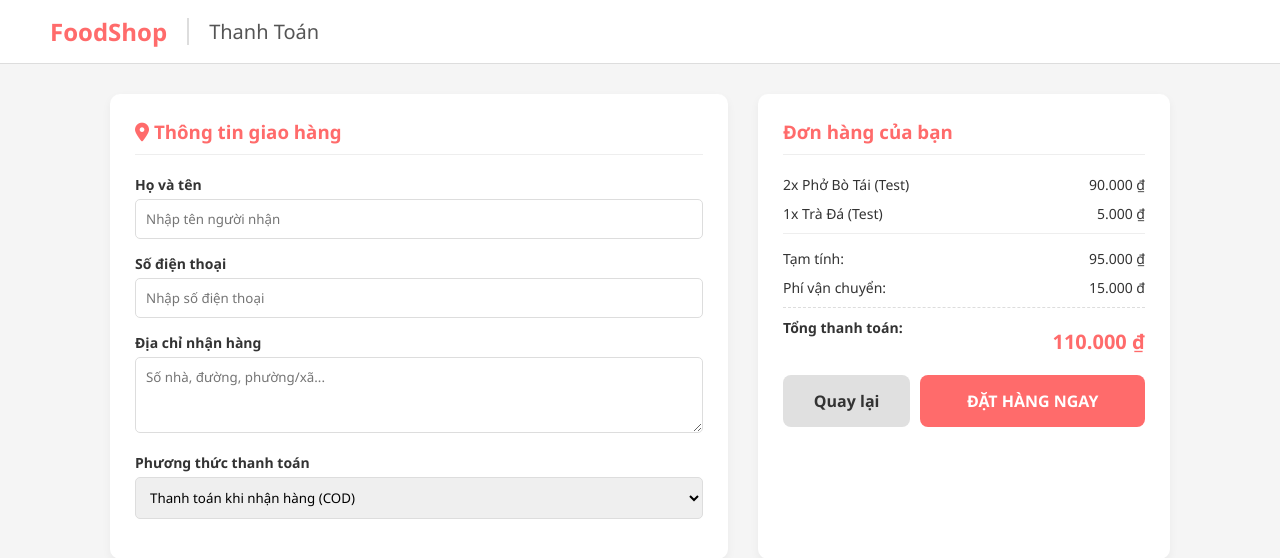
Repository: daichim2415-debug/quan_an
Page: public/checkout.html
These files come from the project's save history. The page is drawn as it stood at one moment and after the next save; the edit follows.
The browser window is 1280 px wide. The pictures show the whole page.

Above is the page before, as saved 2025-12-05 01:18:28.

### public/checkout.html
<!DOCTYPE html>
<html lang="vi">
<head>
    <meta charset="UTF-8">
    <meta name="viewport" content="width=device-width, initial-scale=1.0">
    <title>Thanh toán - FoodShop</title>
    <link rel="stylesheet" href="https://cdnjs.cloudflare.com/ajax/libs/font-awesome/6.4.0/css/all.min.css">

    <style>
        /* === CSS GIAO DIỆN === */
        * { margin: 0; padding: 0; box-sizing: border-box; font-family: 'Segoe UI', sans-serif; }
        body { background-color: #f5f5f5; color: #333; }

        /* HEADER ĐƠN GIẢN */
        header {
            background: white; padding: 15px 50px; border-bottom: 1px solid #ddd;
            display: flex; align-items: center; gap: 20px;
        }
        .logo { font-size: 24px; font-weight: 800; color: #ff6b6b; text-decoration: none; }
        .page-title { font-size: 20px; padding-left: 20px; border-left: 2px solid #ddd; color: #555; }

        /* LAYOUT 2 CỘT */
        .checkout-container {
            max-width: 1100px; margin: 30px auto; padding: 0 20px;
            display: grid; grid-template-columns: 1.5fr 1fr; gap: 30px;
        }

        /* KHỐI TRÁI: THÔNG TIN */
        .section-box { background: white; padding: 25px; border-radius: 10px; box-shadow: 0 4px 10px rgba(0,0,0,0.05); }
        h3 { margin-bottom: 20px; color: #ff6b6b; border-bottom: 1px solid #eee; padding-bottom: 10px; }

        .form-group { margin-bottom: 15px; }
        .form-group label { display: block; margin-bottom: 5px; font-weight: 600; font-size: 14px; }
        .form-group input, .form-group textarea, .form-group select {
            width: 100%; padding: 10px; border: 1px solid #ddd; border-radius: 5px; outline: none;
        }
        .form-group input:focus { border-color: #ff6b6b; }

        /* KHỐI PHẢI: ĐƠN HÀNG */
        .order-summary { position: sticky; top: 20px; }

        .order-row { display: flex; justify-content: space-between; margin-bottom: 10px; font-size: 14px; }
        .item-list { max-height: 200px; overflow-y: auto; margin-bottom: 15px; border-bottom: 1px solid #eee; }

        .total-pay { font-size: 20px; color: #ff6b6b; font-weight: bold; text-align: right; margin-top: 10px; }

        /* NÚT ĐẶT HÀNG */
        .btn-confirm {
            width: 100%; background: #ff6b6b; color: white; border: none; padding: 15px;
            font-size: 16px; font-weight: bold; border-radius: 8px; cursor: pointer; margin-top: 20px;
            transition: 0.3s;
        }
        .btn-confirm:hover { background: #ff4757; }

    </style>
</head>
<body>

    <header>
        <a href="trang_chu.html" class="logo">FoodShop</a>
        <span class="page-title">Thanh Toán</span>
    </header>

    <div class="checkout-container">

        <div class="section-box">
            <h3><i class="fas fa-map-marker-alt"></i> Thông tin giao hàng</h3>
            <form id="checkoutForm">
                <div class="form-group">
                    <label>Họ và tên</label>
                    <input type="text" id="fullname" placeholder="Nhập tên người nhận" required>
                </div>
                <div class="form-group">
                    <label>Số điện thoại</label>
                    <input type="text" id="phone" placeholder="Nhập số điện thoại" required>
                </div>
                <div class="form-group">
                    <label>Địa chỉ nhận hàng</label>
                    <textarea id="address" rows="3" placeholder="Số nhà, đường, phường/xã..." required></textarea>
                </div>
                <div class="form-group">
                    <label>Phương thức thanh toán</label>
                    <select id="payment-method">
                        <option value="cod">Thanh toán khi nhận hàng (COD)</option>
                        <option value="banking">Chuyển khoản ngân hàng</option>
                    </select>
                </div>
            </form>
        </div>

        <div class="section-box order-summary">
            <h3>Đơn hàng của bạn</h3>
            <div class="item-list" id="mini-cart-list">
                </div>

            <div class="order-row">
                <span>Tạm tính:</span>
                <span id="sub-total">0 đ</span>
            </div>
            <div class="order-row">
                <span>Phí vận chuyển:</span>
                <span>15.000 đ</span>
            </div>
            <hr style="border: 0; border-top: 1px dashed #ddd; margin: 10px 0;">
            <div class="order-row">
                <strong>Tổng thanh toán:</strong>
                <span class="total-pay" id="final-total">0 đ</span>
            </div>

            <div class="action-buttons" style="display: flex; gap: 10px; margin-top: 20px;">

    <a href="cart.html" style="
        flex: 1;
        padding: 15px;
        text-align: center;
        background: #e0e0e0;
        color: #333;
        text-decoration: none;
        border-radius: 8px;
        font-weight: bold;
    ">
        Quay lại
    </a>

    <button class="btn-confirm" onclick="submitOrder()" style="
        flex: 2;
        margin-top: 0; /* Bỏ margin cũ đi cho đều */
    ">
        ĐẶT HÀNG NGAY
    </button>
</div>
        </div>

    </div>

    <script>
        function formatMoney(amount) {
            return new Intl.NumberFormat('vi-VN', { style: 'currency', currency: 'VND' }).format(amount);
        }

        // Lấy dữ liệu giỏ hàng từ LocalStorage
        let cart = JSON.parse(localStorage.getItem('shoppingCart')) || [];

        // Nếu không có dữ liệu thật thì dùng dữ liệu giả để test giao diện
        if(cart.length === 0) {
            cart = [
                { name: "Phở Bò Tái (Test)", price: 45000, quantity: 2 },
                { name: "Trà Đá (Test)", price: 5000, quantity: 1 }
            ];
        }

        // 1. Hiển thị đơn hàng
        function loadOrderSummary() {
            const list = document.getElementById('mini-cart-list');
            let subTotal = 0;

            list.innerHTML = '';
            cart.forEach(item => {
                subTotal += item.price * item.quantity;
                list.innerHTML += `
                    <div class="order-row">
                        <span>${item.quantity}x ${item.name}</span>
                        <span>${formatMoney(item.price * item.quantity)}</span>
                    </div>
                `;
            });

            document.getElementById('sub-total').innerText = formatMoney(subTotal);
            document.getElementById('final-total').innerText = formatMoney(subTotal + 15000);
        }

        loadOrderSummary();

        // 2. Xử lý đặt hàng
        async function submitOrder() {
            const fullname = document.getElementById('fullname').value;
            const phone = document.getElementById('phone').value;
            const address = document.getElementById('address').value;

            if(!fullname || !phone || !address) {
                alert("Vui lòng điền đầy đủ thông tin giao hàng!");
                return;
            }

            const orderData = {
                khach_hang: fullname,
                so_dien_thoai: phone,
                dia_chi: address,
                tong_tien: document.getElementById('final-total').innerText,
                chi_tiet: cart
            };

            // LOG RA ĐỂ KIỂM TRA TRƯỚC KHI GỬI SERVER
            console.log("Dữ liệu gửi đi:", orderData);

            alert(`Cảm ơn ${fullname}! Đơn hàng đã được ghi nhận.\n(Giao diện Frontend đã xong, bước tiếp theo là lưu vào Database)`);

            // Sau khi code xong backend thì mở dòng này ra:
            // window.location.href = 'trang_chu.html';
        }
    </script>
</body>
</html>

After the next save:
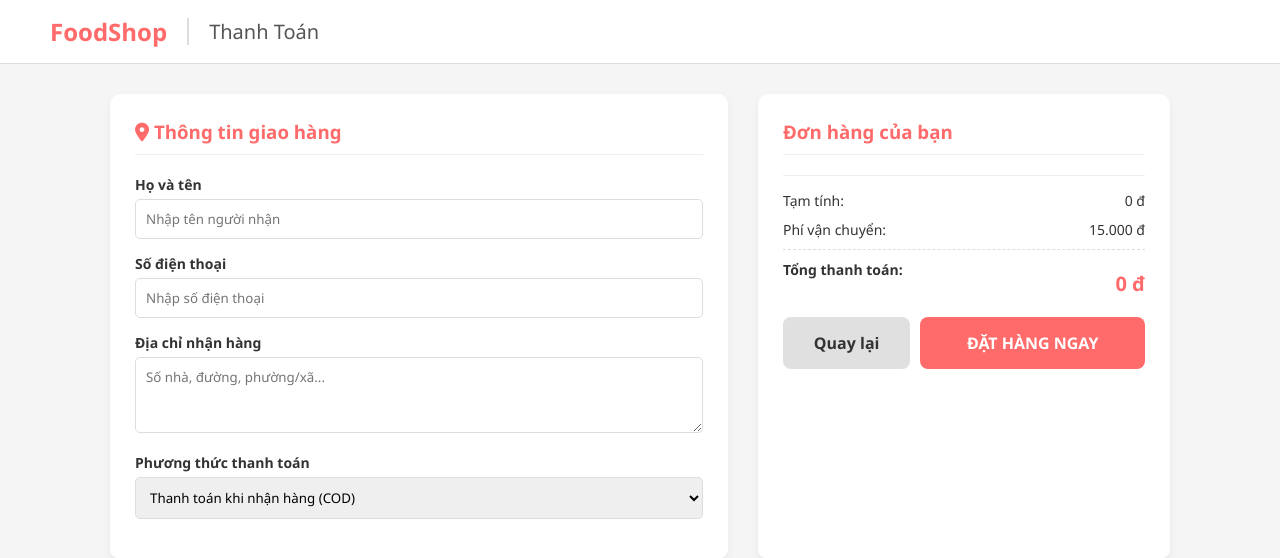
Console error: SyntaxError: Illegal return statement
Saved 93 s later.
--- a/public/checkout.html
+++ b/public/checkout.html
@@ -172,7 +172,43 @@
         loadOrderSummary();
 
         // 2. Xử lý đặt hàng
-        async function submitOrder() {
+        // Thay thế hàm submitOrder cũ trong checkout.html
+async function submitOrder() {
+    const fullname = document.getElementById('fullname').value;
+    const phone = document.getElementById('phone').value;
+    const address = document.getElementById('address').value;
+
+    if(!fullname || !phone || !address) {
+        alert("Vui lòng điền đầy đủ thông tin!"); return;
+    }
+
+    const orderData = {
+        khach_hang: fullname,
+        so_dien_thoai: phone,
+        dia_chi: address,
+        tong_tien: document.getElementById('final-total').innerText,
+        chi_tiet: cart // Lấy từ biến cart có sẵn trong checkout.html
+    };
+
+    try {
+        const response = await fetch('/api/dat-hang', {
+            method: 'POST',
+            headers: { 'Content-Type': 'application/json' },
+            body: JSON.stringify(orderData)
+        });
+
+        if(response.ok) {
+            alert("✅ Đặt hàng thành công! Cảm ơn bạn.");
+            localStorage.removeItem('shoppingCart'); // Xóa giỏ hàng sau khi mua
+            window.location.href = 'trang_chu.html'; // Về trang chủ
+        } else {
+            alert("❌ Lỗi đặt hàng. Vui lòng thử lại.");
+        }
+    } catch (error) {
+        console.error(error);
+        alert("Lỗi kết nối Server!");
+    }
+}
             const fullname = document.getElementById('fullname').value;
             const phone = document.getElementById('phone').value;
             const address = document.getElementById('address').value;
@@ -197,7 +233,7 @@
 
             // Sau khi code xong backend thì mở dòng này ra:
             // window.location.href = 'trang_chu.html';
-        }
+
     </script>
 </body>
 </html>
